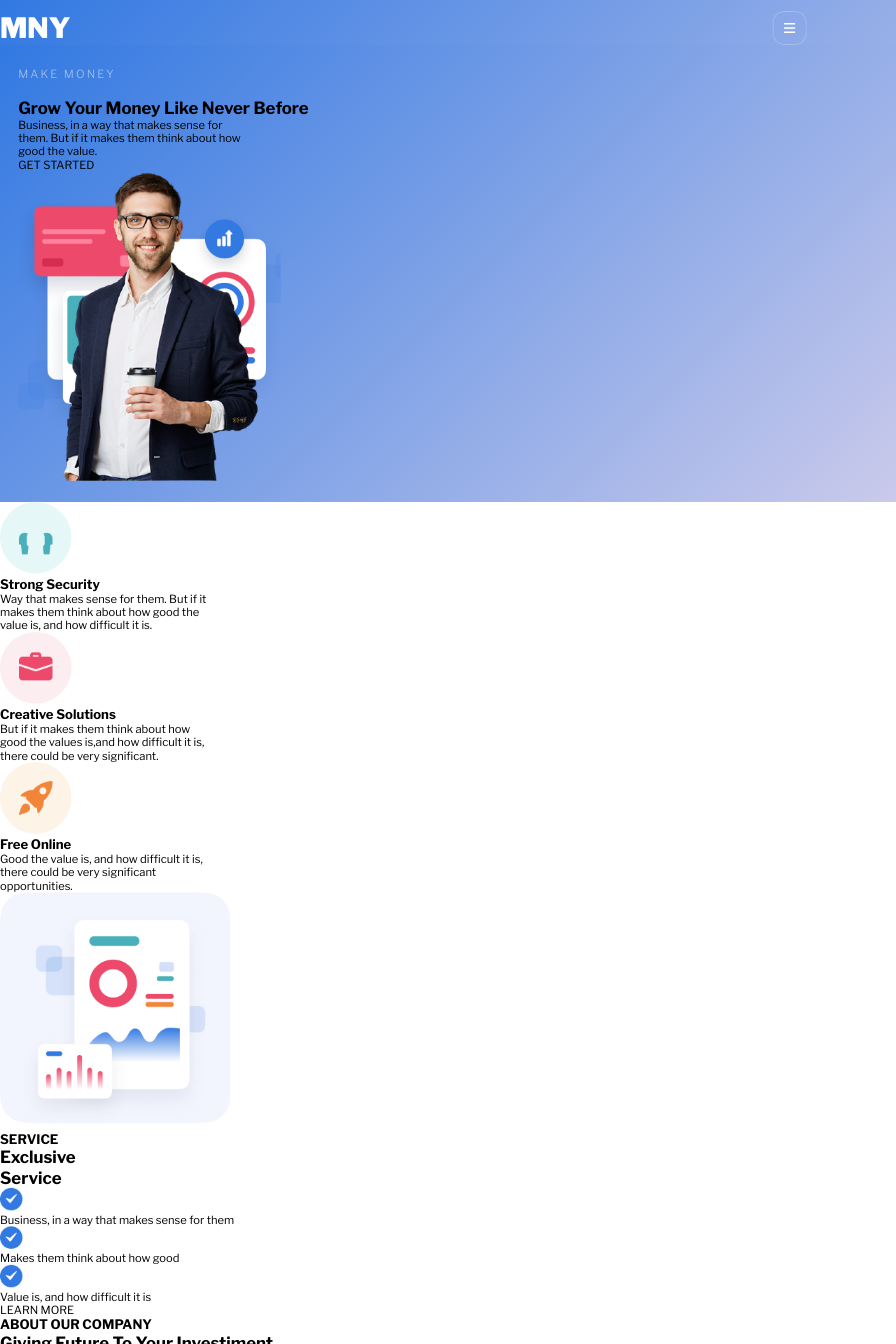
Repository: juniorAntunes910/Make-Money-Design-Avaliacao
Page: index.html
An editor plug-in stored every save of this project. The page is shown before and after a run of saves, followed by the edit.
The browser window is 1280 px wide. The pictures show the part of the page from y = 0 to 1920 px (the page is 4694 px tall before and 4729 px after), at 70% of full size.

Above is the page before, as saved 2026-03-13 08:15:24.

After the next 6 saves:
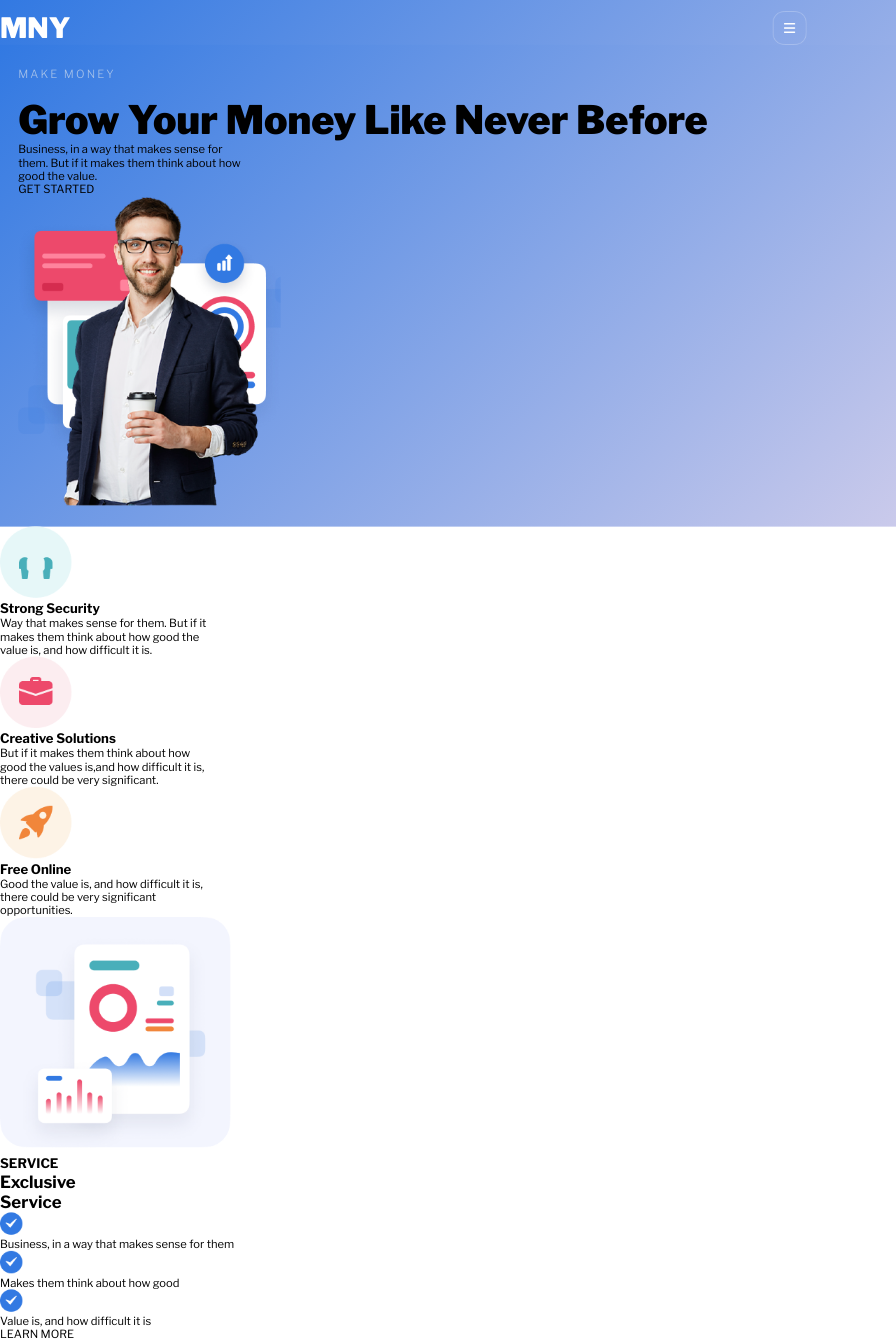
The 6 saves are shown as one change because they came seconds apart.
The last was saved 17 s later.
--- a/style.css
+++ b/style.css
@@ -111,5 +111,8 @@ header nav{
 
 .hero-header-title {
     margin-top: 1.125rem;
-    font-size: ;
+    font-size: 3.5rem;
+    font-weight: var(--weight-black);
+    line-height: 4rem;
+
 }
